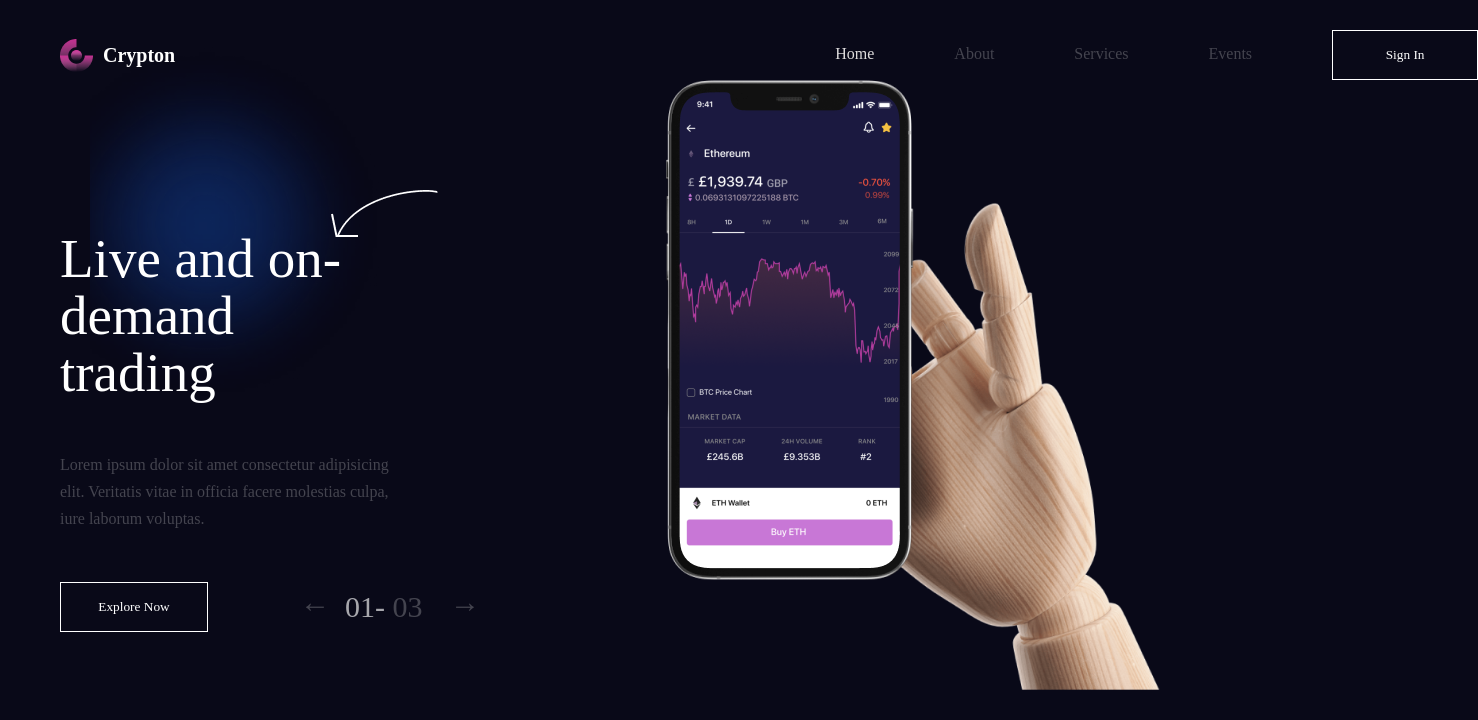
Repository: isaacCodes1/Crypton-Website
Page: index.html
These files come from the project's save history. The page is drawn as it stood at one moment and after the next save; the edit follows.
The browser window is 1280 px wide. The page is 1478 px wide, so the pictures cover 1478 px, including what lies to the right of the window. The pictures show the whole page.

Above is the page before, as saved 2024-05-14 20:54:24.

### index.html
<!DOCTYPE html>
<html lang="en">
  <head>
    <meta charset="UTF-8" />
    <meta name="viewport" content="width=device-width, initial-scale=1.0" />
    <link rel="stylesheet" href="style.css" />
    <title>Crypton HomePage</title>
  </head>
  <body>
    <header>
      <nav>
        <div class="headerGen">
          <div class="logo">
            <img class="logoImage" src="/Assets/Group 605.png" alt="" />
            <p class="logoText">Crypton</p>
            <ul>
              <li>Home</li>
              <li style="color: #d6d5d54a">About</li>
              <li style="color: #d6d5d54a">Services</li>
              <li style="color: #d6d5d54a">Events</li>
              <button class="sign">Sign In</button>
            </ul>
          </div>
        </div>
      </nav>
    </header>
    <section>
      <div class="firstSectionGeneral">
        <div class="liveTexts">
          <h1 class="liveText"><span><img class="shadow" src="/Assets/shadow.png" alt=""></span><span><img class="arrow" src="/Assets/Arrow_03.png" alt=""></span>Live and on-demand trading</h1>
          <p class="lorem">
            Lorem ipsum dolor sit amet consectetur adipisicing elit. Veritatis
            vitae in officia facere molestias culpa, iure laborum voluptas.
          </p>
          <button class="explore">Explore Now</button>
          <span class="rArrow">&#8592;</span>
          <p class="innerP">01- <span class="theBrownNumber">03</span></p>
          <span class="lArrow">&#8594;</span>
        </div>
      </div>
    </section>
    <section>
      <div class="handDiv">
        <div class="woodenHand">
          <img class="wood" src="/Assets/iPhone 12 Pro (Wooden Hands).png
          " alt="">
          <img class="hand" src="/Assets/Hand.png" alt="">
        </div>
      </div>
    </section>
  </body>
</html>

### style.css
    * {
    margin: 0;
    padding: 0;
    box-sizing: border-box;
    font-family: "poppins";
    }
body{
    background-color: rgb(9, 9, 24);
}
/* NavBar */
.logo {
    display: flex;
    align-items: center;
    gap: 10px;
    padding-top: 30px;
    margin-left: 60px;
    margin-bottom: 150px;
    cursor: pointer;
}
.logoText{
    font-size: 20px;
    color: #fff;
    margin-right: 650px;
    font-weight: 600;
}
.logo ul{
    display: flex;
    color: #dedcdc;
    list-style: none;
    gap: 80px;
    display: flex;
    align-items: center;
    cursor: pointer;
}
    .logo ul li {
        list-style: none;
        display: inline-block;
        /* padding: 8px 12px; */
        position: relative;
    }
    .logo ul li::after {
        content: "";
        width: 0%;
        height: 2px;
        background: #fff;
        display: block;
        margin: auto;
        transition: 0.5s;
    }
    .logo ul li:hover::after {
        width: 70%;
    }

.sign{
    width: 146px;
    height: 50px;
    border: 1px solid #fff;
    background: transparent;
    color: #fff;
    cursor: pointer;
}
/* Landing Page */
.liveTexts{
    /* display: flex; */
}
.liveText{
    display: flex;
    flex-direction: column;
    font-size: 55px;
    width: 340px;
    line-height: 57px;
    color: #fff;
    margin-left: 60px;
    font-weight: normal;
    margin-bottom: 50px;
}
.shadow{
    width: 25%;
    position: absolute;
    top: 20px;
    left: 90px;
    z-index: -1;
}
.lorem{
    color: #d6d5d54a;
    width: 27%;
    margin-left: 60px;
    line-height: 27px;
    margin-bottom: 50px;
}
.explore{
    margin-left: 60px;
    width: 148px;
    height: 50px;
    background: transparent;
    color: #fff;
    border: 1px solid #fff;
}
.arrow{
    position: absolute;
    top: 120px;
    left: 290px;
}
.rArrow{
    position: absolute;
    font-size: 30px;
    top: 585px;
    left: 300px;
    margin-right: 200px;
    color: #d6d5d54a;
    display: flex;
    align-items: center;
}
.lArrow{
    position: absolute;
    font-size: 30px;
    top: 585px;
    left: 450px;
    color: #d6d5d54a;
    display: flex;
    align-items: center;
}
.innerP{
    position: absolute;
    left: 345px;
    top: 590px;
    color: #ffffffa4;
    font-size: 30px;
}
.theBrownNumber{
    color: #d6d5d54a;
}
/* Wooden Hand Image */
.handDiv{
    display: flex;
    position: absolute;
    top: 150px;
    right: 120px;
}
.hand{
    height: 75vh;
}
.wood{
    position: absolute;
    right: 246px;
    top: -70px;
}

After the next save:
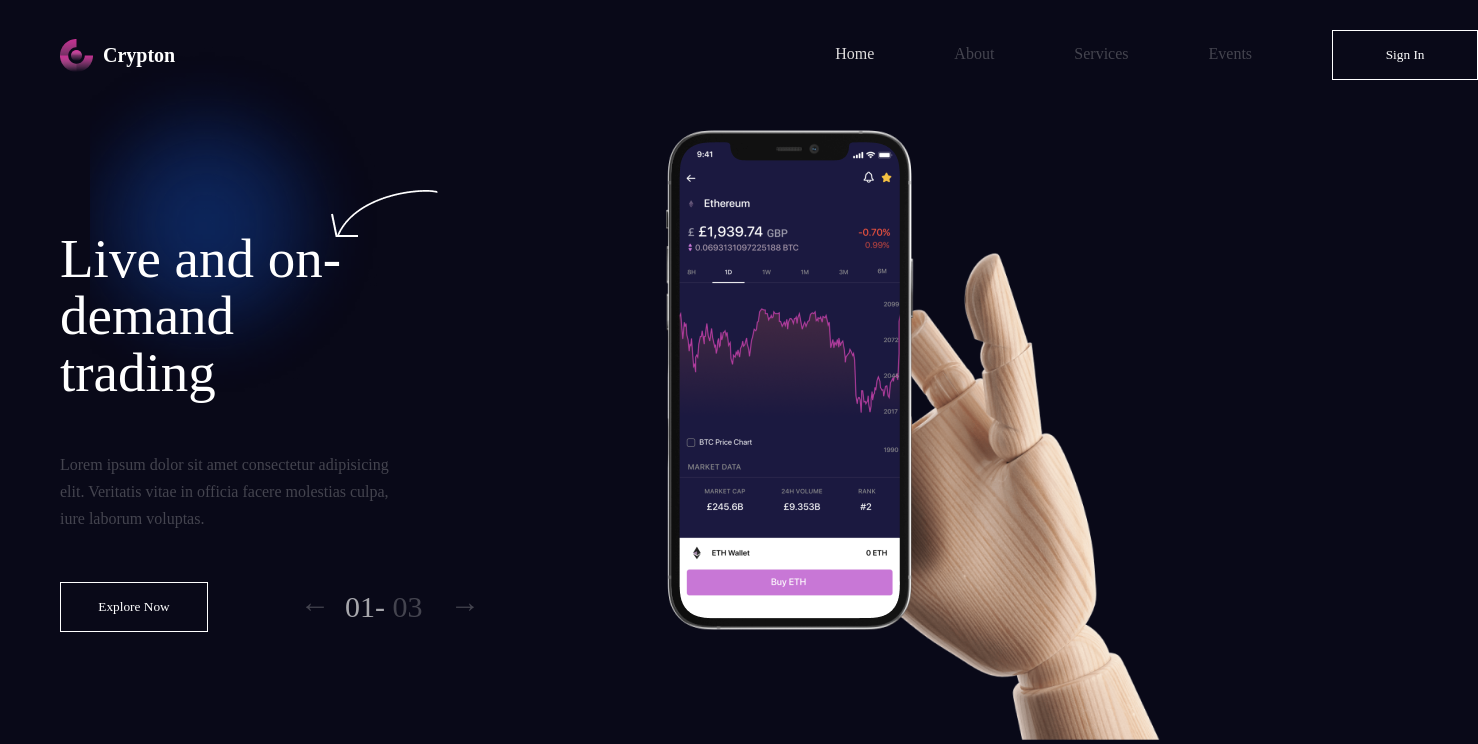
Saved 8 s later.
--- a/style.css
+++ b/style.css
@@ -134,7 +134,7 @@ body{
 .handDiv{
     display: flex;
     position: absolute;
-    top: 150px;
+    top: 200px;
     right: 120px;
 }
 .hand{
